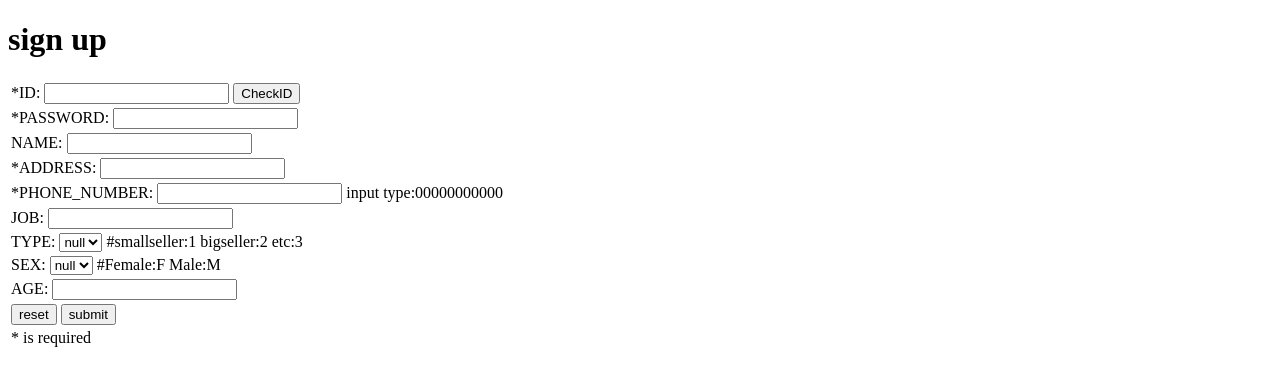
Repository: MIR013/KNU_DB_Project_Team5
Page: dbphase/Databaase/WebContent/Sign_up.html
An editor plug-in stored every save of this project. The page is shown before and after the next save, followed by the edit.
The browser window is 1280 px wide. The pictures show the whole page.

Above is the page before, as saved 2018-11-12 12:21:35.

### dbphase/Databaase/WebContent/Sign_up.html
<!DOCTYPE html>
<html>
<head>
<meta charset="UTF-8">
<title>Insert title here</title>



</head>
<body>
<h1> sign up</h1>
	<form action="sign_up.jsp" method="POST">
	<table>
			<tr>
				<td>*ID: <input type="text" name="signUpID" required/>
					<form action="checkID.jsp" method="POST">
						<input type="submit" value="CheckID"/>
					</form>


				</td>
			</tr>
			<tr>
				<td>*PASSWORD: <input type="text" name="signUpPASSWORD" required/></td>
			</tr>
			<tr>
				<td>NAME: <input type="text" name="signUpNAME"/></td>
			</tr>
			<tr>
				<td>*ADDRESS: <input type="text" name="signUpADDRESS" required/></td>
			</tr>
			<tr>
				<td>*PHONE_NUMBER: <input type="text" name="signUpPHONE_NUMBER" required/> input type:00000000000 </td>
			</tr>
			<tr>
				<td>JOB: <input type="text" name="signUpJOB"/></td>
			</tr>
			<tr>
				<td>TYPE: <select name="signUpTYPE"> <option value="1">1</option>
													<option value="2">2</option>
													<option value="3">3</option>
													<option value="null" selected>null</option>
													</select> #smallseller:1 bigseller:2 etc:3 </td>
			</tr>
			<tr>
				<td>SEX: <select name="signUpTYPE"> <option value="f">F</option>
													<option value="m">M</option>
													<option value="null" selected>null</option>
													</select> #Female:F Male:M </td></td>
			</tr>
			<tr>
				<td>AGE: <input type="text" name="signUpAGE"/></td>
			</tr>
			<tr>
				<td><input type="reset" value="reset"/> <input type="submit" value="submit"/> </td>
			</tr>
			<tr>
				<td> * is required </td>
			</tr>




		</table>
	</form>



</body>
</html>

After the next save:
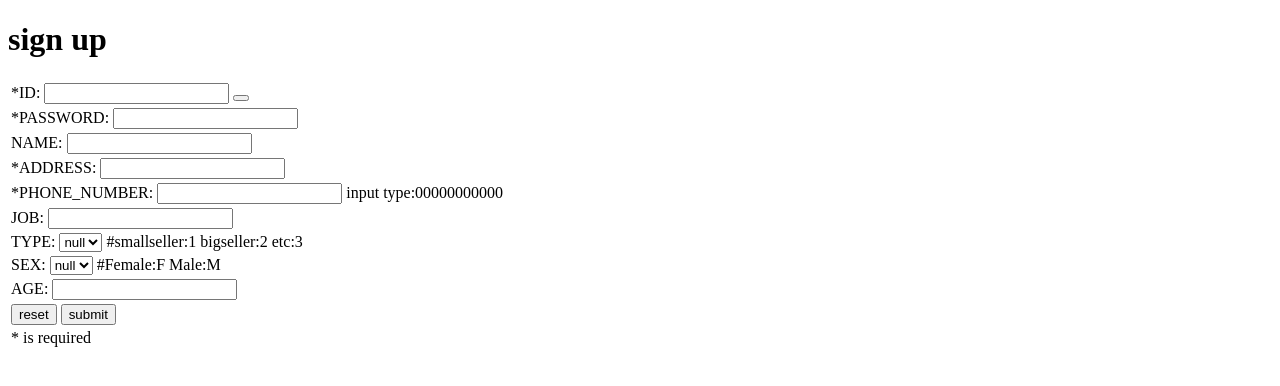
Saved 12 s later.
--- a/dbphase/Databaase/WebContent/Sign_up.html
+++ b/dbphase/Databaase/WebContent/Sign_up.html
@@ -13,9 +13,7 @@
 	<table>
 			<tr>
 				<td>*ID: <input type="text" name="signUpID" required/>
-					<form action="checkID.jsp" method="POST">
-						<input type="submit" value="CheckID"/>
-					</form>
+					<button> </button>
 
 
 				</td>
